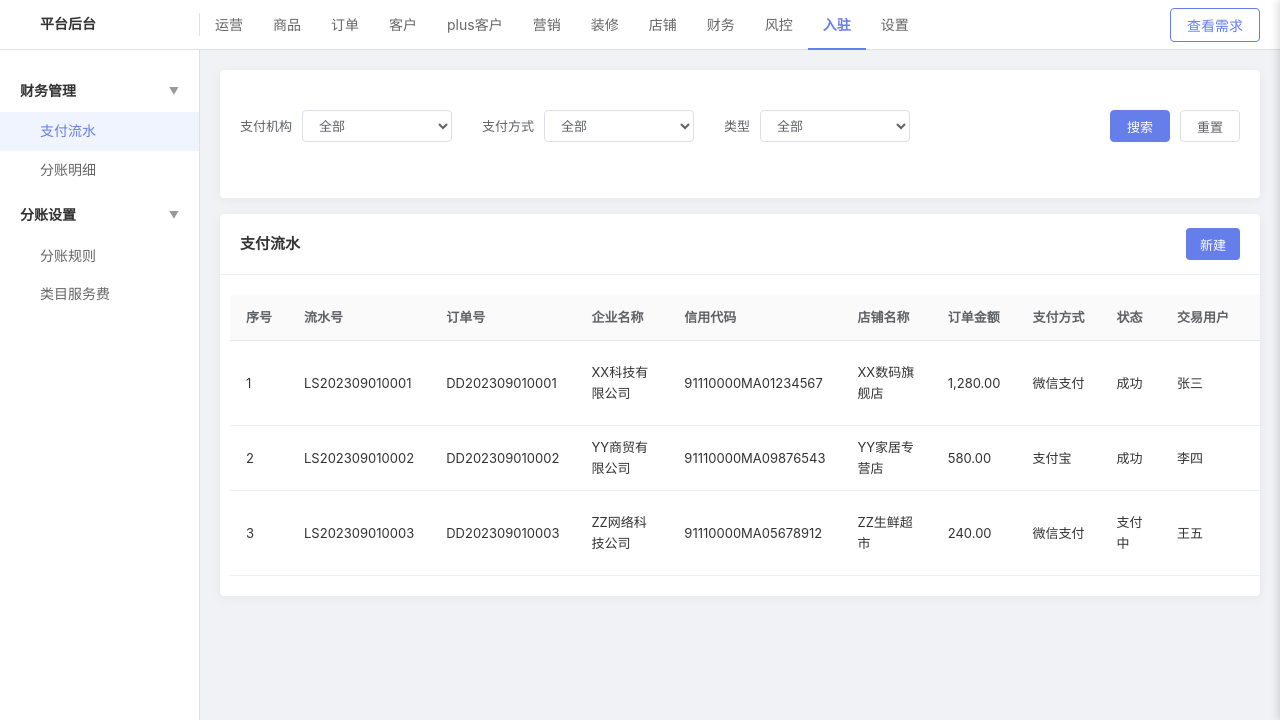
Repository: airopenclaw/mall-demo
Page: 支付分账/平台后台/支付流水.html
These files come from the project's save history. The page is drawn as it stood at one moment and after the next save; the edit follows.
The browser window is 1280 px wide. The pictures show the whole page.

Above is the page before, as saved 2026-09-11 00:33:33.

After the next save:
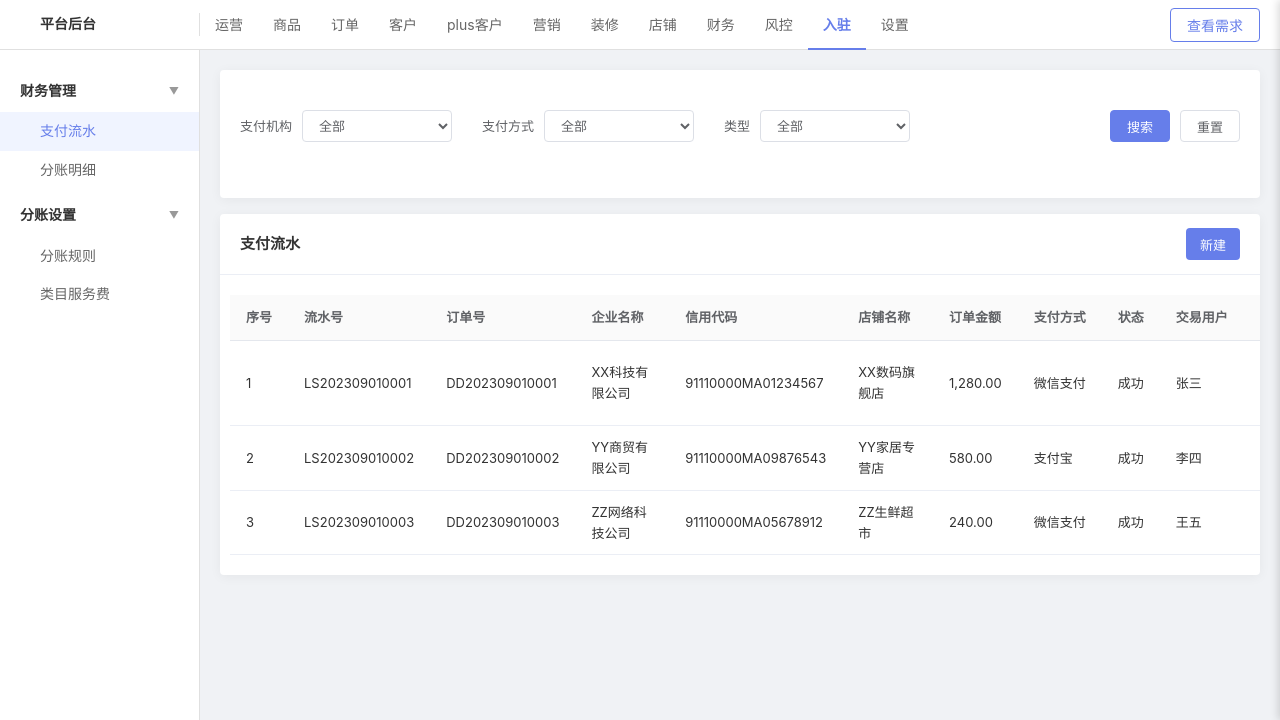
Saved 8 s later.
--- a/支付分账/平台后台/支付流水.html
+++ b/支付分账/平台后台/支付流水.html
@@ -799,7 +799,7 @@
                             <td>ZZ生鲜超市</td>
                             <td>240.00</td>
                             <td>微信支付</td>
-                            <td>支付中</td>
+                            <td>成功</td>
                             <td>王五</td>
                             <td>2023-09-01 16:05:33</td>
                             <td>订单支付</td>
